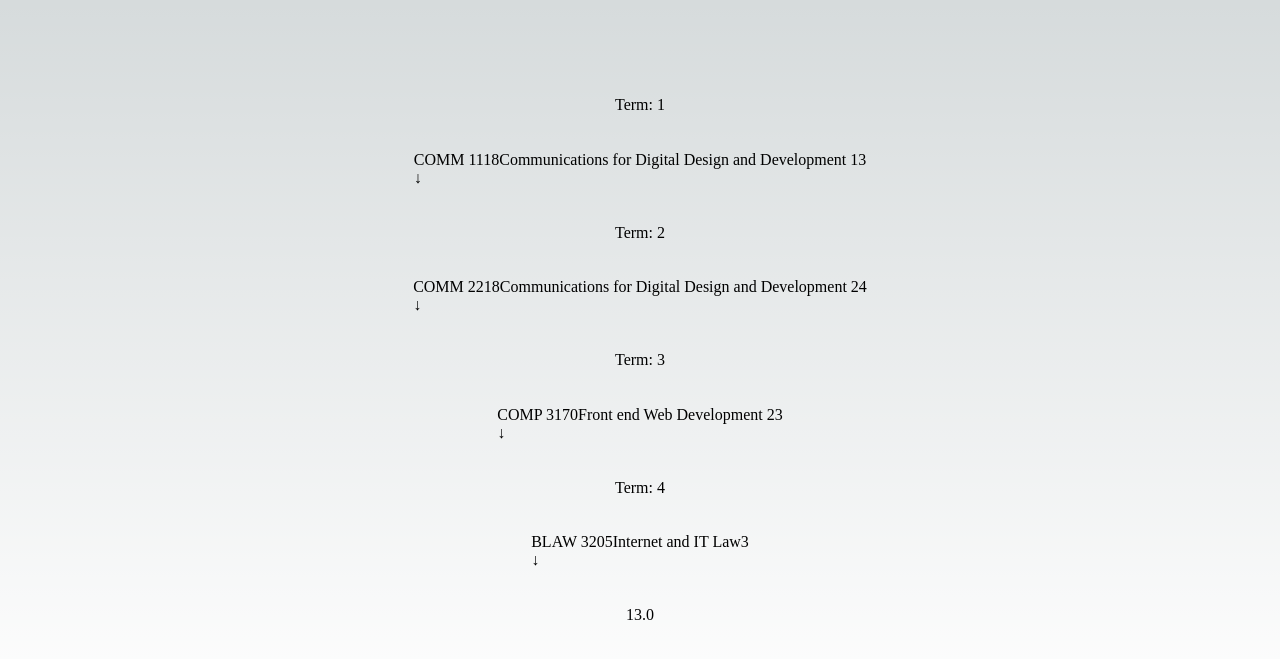
Repository: juliet-jskim/environmental-variable-accordion-inclass-example
Page: /
An editor plug-in stored every save of this project. The page is shown before and after the next save, followed by the edit.
The browser window is 1280 px wide. The pictures show the whole page.
The project was rebuilt for these pictures with package versions that can differ from the ones it lists, and the page was loaded fresh each time. The framework's server and built-in components were replaced by stand-ins that run in the browser. Also part of the build but not shown: next.config.js.

Above is the page before, as saved 2023-03-27 10:09:54.

After the next save:
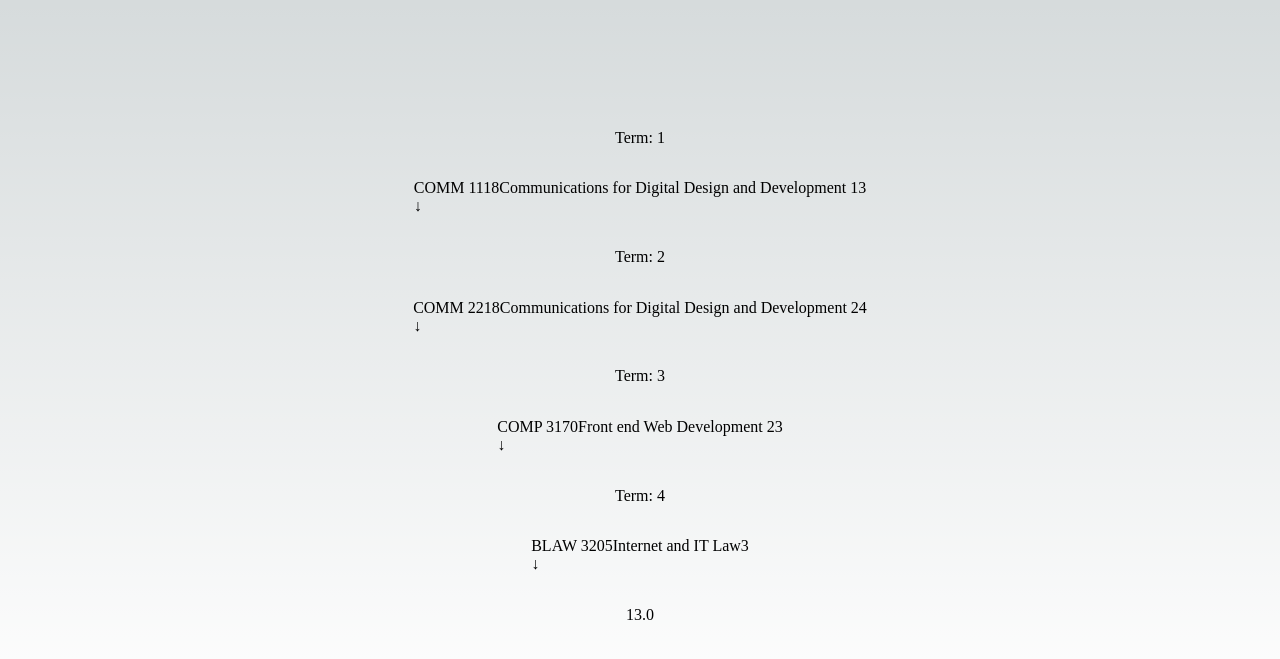
Saved 29 s later.
--- a/pages/index.js
+++ b/pages/index.js
@@ -31,7 +31,7 @@ export default function Home() {
         <link rel="icon" href="/favicon.ico" />
       </Head>
       <main className={styles.main}>
-
+       <h1>{title}</h1>
         {
           data && data.map((info, index) => {
             return (
